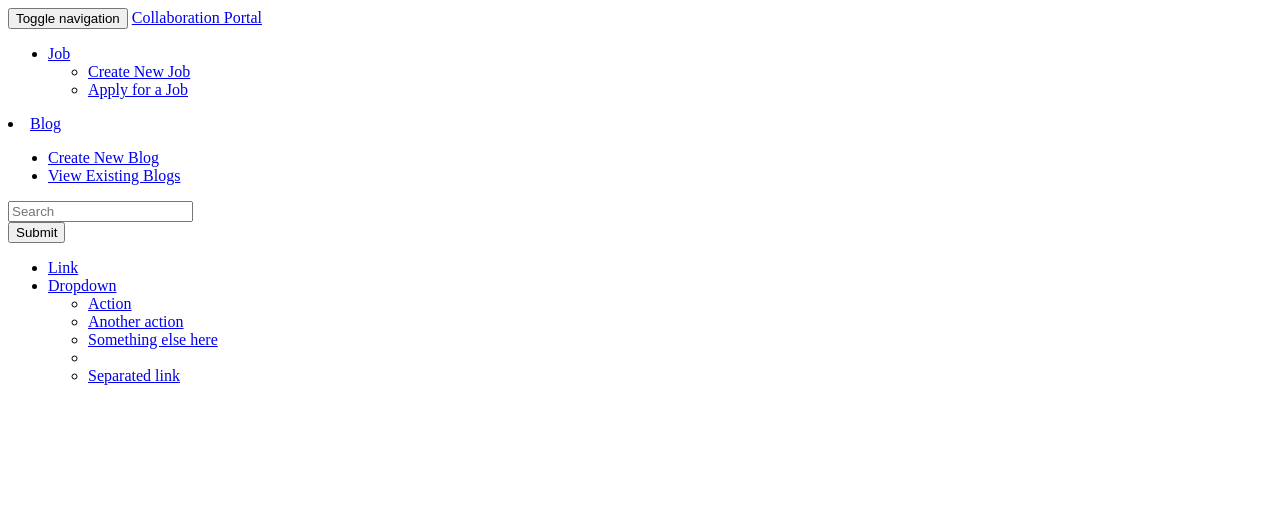
Repository: KaustubhKamat/CollaborationPlatform
Page: CollaborationFrontEnd/WebContent/NavBar.html
The author's editor kept a copy of each file at every save. The page is drawn from the files as they stood at one save, then again after the next save.
The browser window is 1280 px wide. The pictures show the whole page.

Above is the page before, as saved 2017-03-01 14:06:55.

### CollaborationFrontEnd/WebContent/NavBar.html
<nav class="navbar navbar-default">
	<div class="container-fluid">
		<!-- Brand and toggle get grouped for better mobile display -->
		<div class="navbar-header">
			<button type="button" class="navbar-toggle collapsed"
				data-toggle="collapse" data-target="#bs-example-navbar-collapse-1"
				aria-expanded="false">
				<span class="sr-only">Toggle navigation</span> <span
					class="icon-bar"></span> <span class="icon-bar"></span> <span
					class="icon-bar"></span>
			</button>

			<a class="navbar-brand" href="#">Collaboration Portal</a>
		</div>

		<!-- Collect the nav links, forms, and other content for toggling -->

		<div class="collapse navbar-collapse"
			id="bs-example-navbar-collapse-1">
			<ul class="nav navbar-nav">
				<li class="dropdown"><a href="#" class="dropdown-toggle"
					data-toggle="dropdown" role="button">Job <span class="caret"></span></a>
					<ul class="dropdown-menu">
						<li><a href="#">Create New Job</a></li>
						<li><a href="#">Apply for a Job</a></li>
					</ul></li>
			</ul>

			<li class="dropdown"><a href="#" class="dropdown-toggle"
				data-toggle="dropdown" role="button">Blog <span class="caret"></span></a>
				<ul class="dropdown-menu">
					<li><a href="#">Create New Blog</a></li>
					<li><a href="#">View Existing Blogs</a></li>
				</ul></li>
			</ul>
			<form class="navbar-form navbar-left">
				<div class="form-group">
					<input type="text" class="form-control" placeholder="Search">
				</div>
				<button type="submit" class="btn btn-default">Submit</button>
			</form>
			<ul class="nav navbar-nav navbar-right">
				<li><a href="#">Link</a></li>
				<li class="dropdown"><a href="#" class="dropdown-toggle"
					data-toggle="dropdown" role="button" aria-haspopup="true"
					aria-expanded="false">Dropdown <span class="caret"></span></a>
					<ul class="dropdown-menu">
						<li><a href="#">Action</a></li>
						<li><a href="#">Another action</a></li>
						<li><a href="#">Something else here</a></li>
						<li role="separator" class="divider"></li>
						<li><a href="#">Separated link</a></li>
					</ul></li>
			</ul>
		</div>
		<!-- /.navbar-collapse -->
	</div>
	<!-- /.container-fluid -->
</nav>

After the next save:
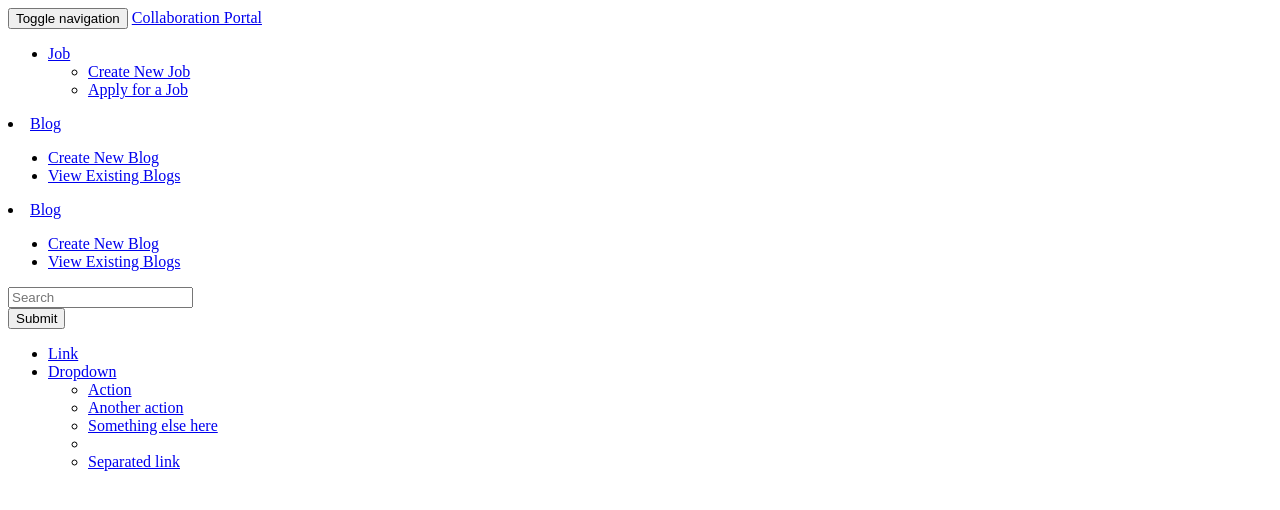
Saved 41 s later.
--- a/CollaborationFrontEnd/WebContent/NavBar.html
+++ b/CollaborationFrontEnd/WebContent/NavBar.html
@@ -33,6 +33,14 @@
 					<li><a href="#">View Existing Blogs</a></li>
 				</ul></li>
 			</ul>
+
+			<li class="dropdown"><a href="#" class="dropdown-toggle"
+				data-toggle="dropdown" role="button">Blog <span class="caret"></span></a>
+				<ul class="dropdown-menu">
+					<li><a href="#">Create New Blog</a></li>
+					<li><a href="#">View Existing Blogs</a></li>
+				</ul></li>
+			</ul>
 			<form class="navbar-form navbar-left">
 				<div class="form-group">
 					<input type="text" class="form-control" placeholder="Search">
